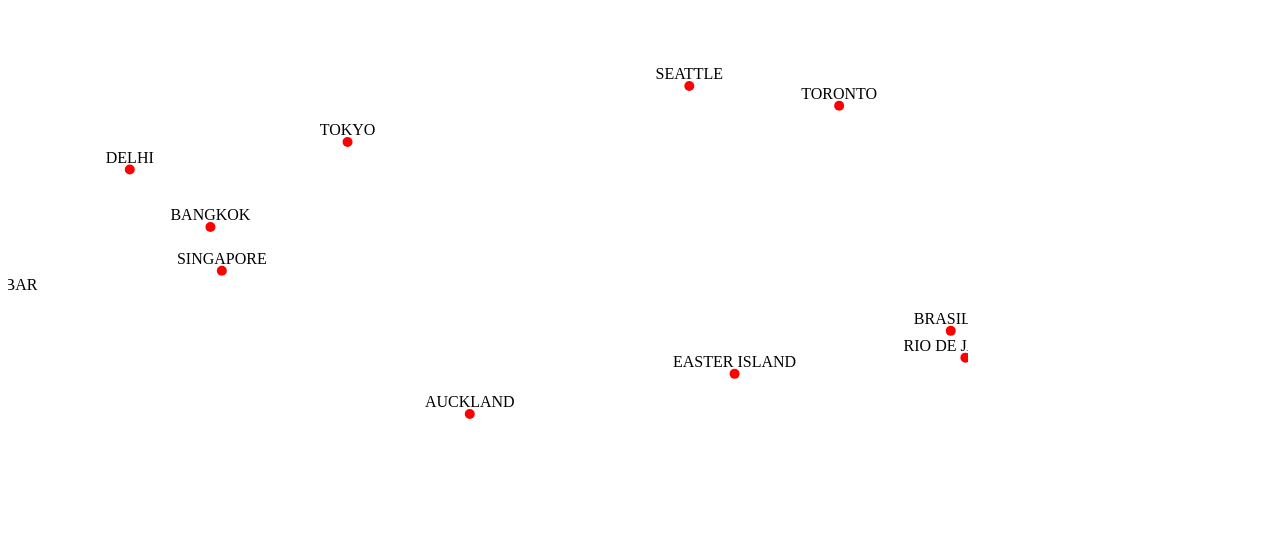
Repository: ajaytech/D3-sample-code
Page: D3/Map/map.html
The author's editor kept a record of every edit. The page is drawn from the files as they stood at one moment, then again after the next edit.
The browser window is 1280 px wide. The pictures show the whole page.

Above is the page before.
Console error: ReferenceError: topojson is not defined
Not found: D3/Map/topojson.v1.min.js

After the next edit:
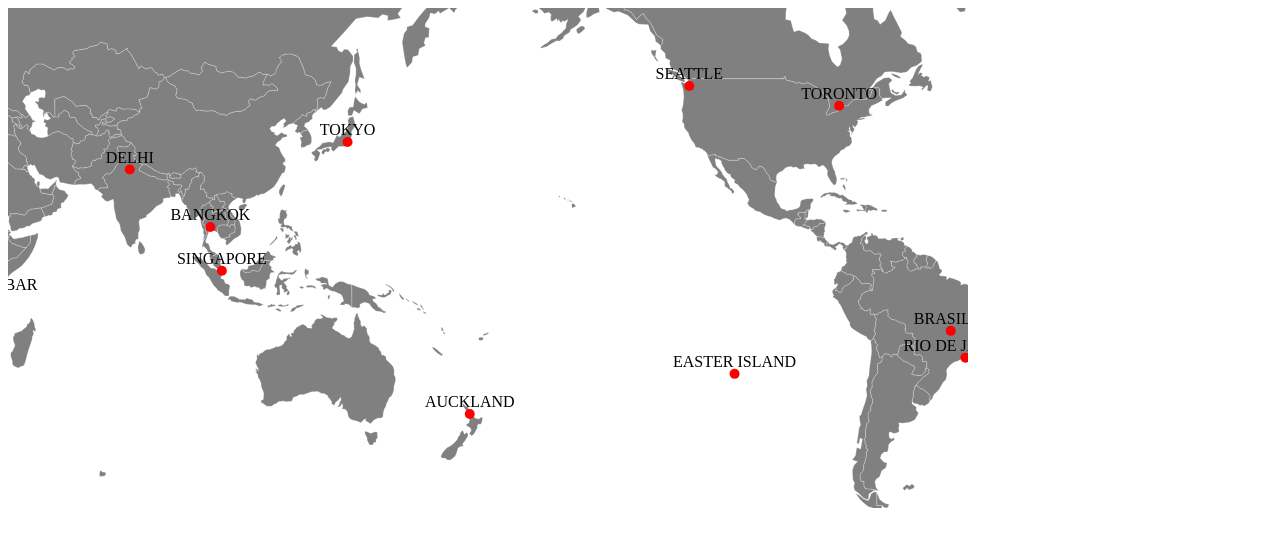
The error is gone.
The edit:
--- a/D3/Map/map.html
+++ b/D3/Map/map.html
@@ -8,8 +8,8 @@
 }
 </style>
 <body>
-<script src="d3.v3.min.js"></script>
-<script src="topojson.v1.min.js"></script>
+<script src="../d3.v3.min.js"></script>
+<script src="../topojson.v0.min.js"></script>
 <script>
 var width = 960,
     height = 500;
